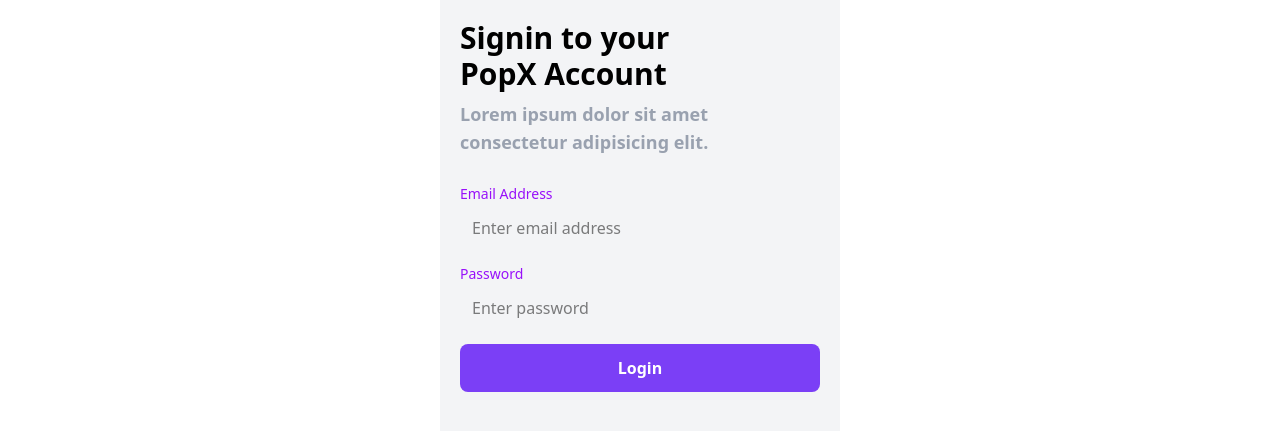
Repository: Adarshjeet0/popx-landing-page
Page: /login
An editor plug-in stored every save of this project. The page is shown before and after the next save, followed by the edit.
The browser window is 1280 px wide. The pictures show the whole page.
The project was rebuilt for these pictures with package versions that can differ from the ones it lists, and the page was loaded fresh each time. Also part of the build but not shown: vite.config.js, src/components/Home.jsx, src/App.css, src/components/Signup.jsx, src/components/Settings.jsx.

Above is the page before, as saved 2025-03-28 20:06:24.

After the next save:
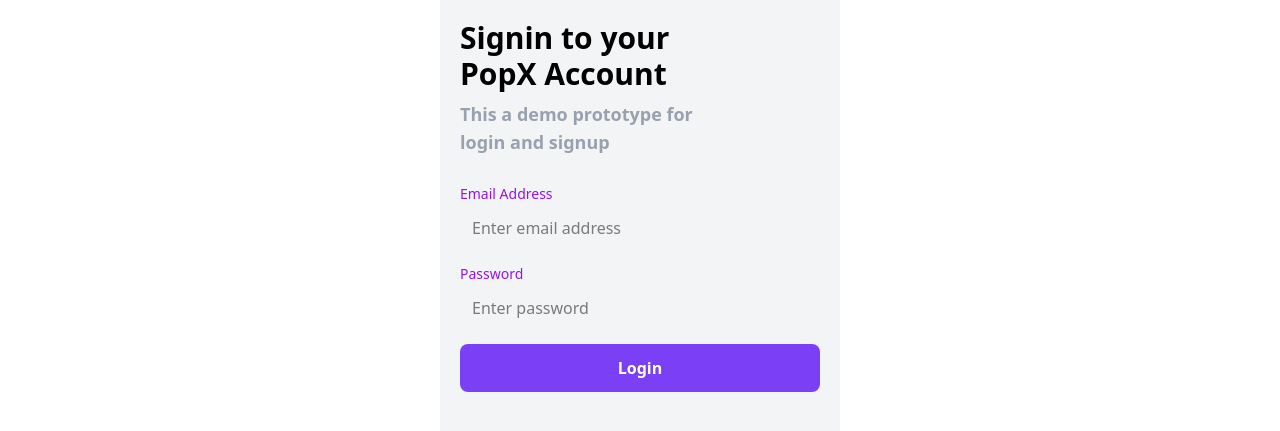
Saved 63 s later.
--- a/src/components/Login.jsx
+++ b/src/components/Login.jsx
@@ -7,7 +7,7 @@
 
                 <div className="flex flex-col gap-2">
                     <h2 className='font-bold w-[60%] text-3xl'>Signin to your PopX Account</h2>
-                    <p className='w-[75%] text-gray-400 font-semibold text-lg'>Lorem ipsum dolor sit amet consectetur adipisicing elit.</p>
+                    <p className='w-[75%] text-gray-400 font-semibold text-lg'>This a demo prototype for login and signup</p>
 
                     <form action="" className='my-5'>
                         <div className="flex flex-col">
